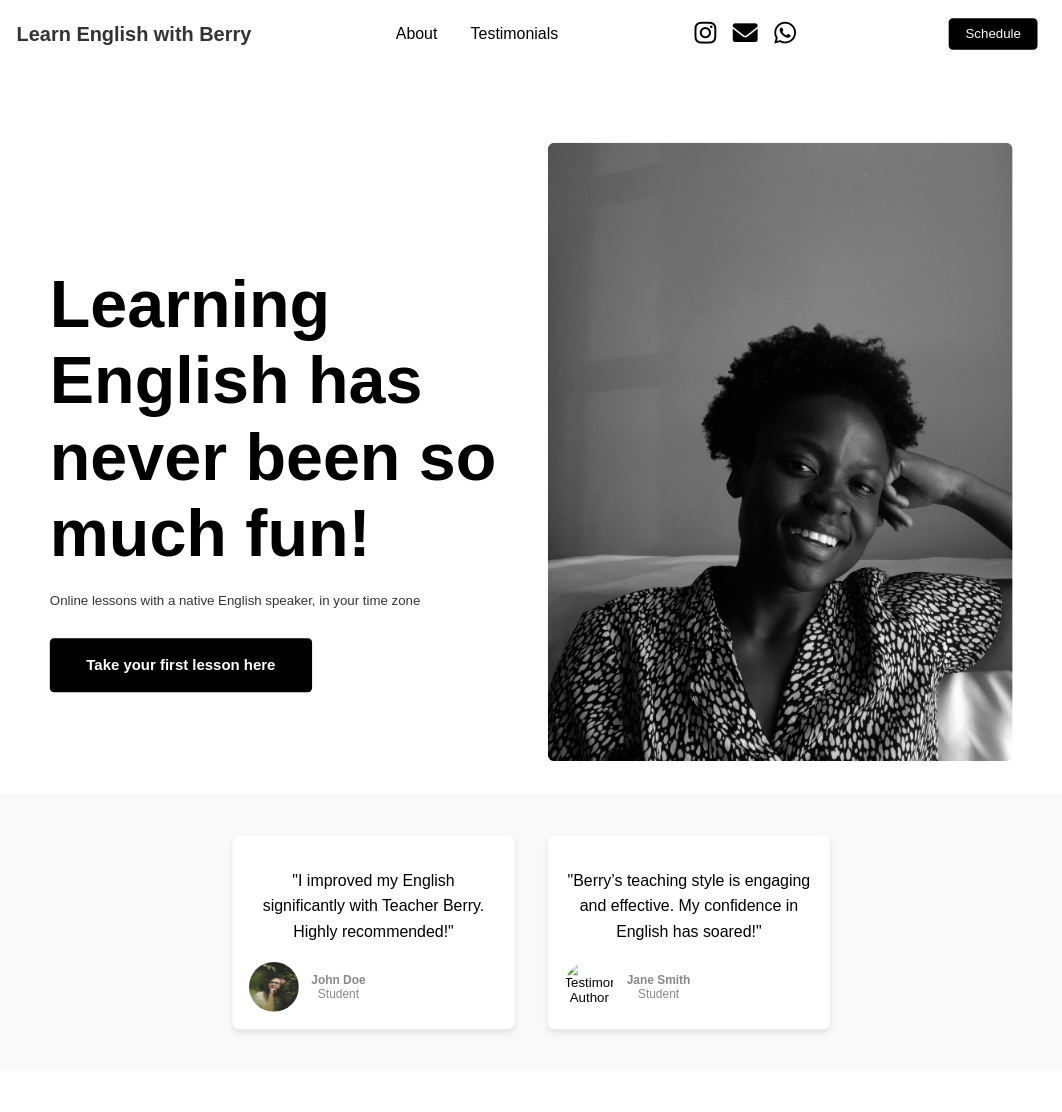
Repository: ntandomagana/esl-landing-page
Page: index.html
These files come from the project's save history. The page is drawn as it stood at one moment and after the next save; the edit follows.
The browser window is 1280 px wide. The pictures show the whole page, at 83% of full size.

Above is the page before, as saved 2024-07-17 13:51:10.
Not found: assets/testimonial-avatar.jpg

After the next save:
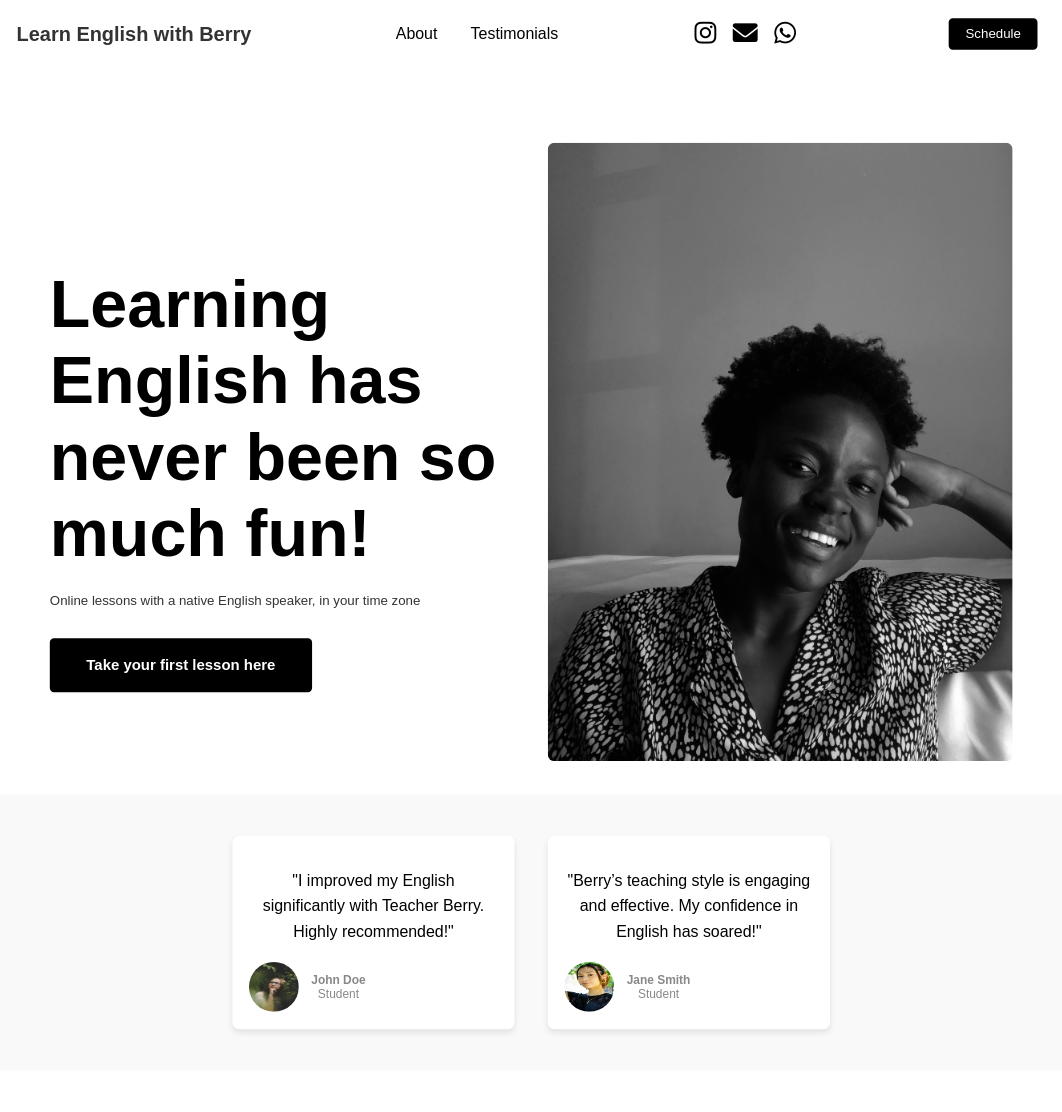
Saved 15 s later.
--- a/index.html
+++ b/index.html
@@ -62,7 +62,7 @@
                 <p>"Berry’s teaching style is engaging and effective. My confidence in English has soared!"</p>
             </div>
             <div class="testimonial-author">
-                <img src="./assets/testimonial-avatar.jpg" alt="Testimonial Author">
+                <img src="./assets/second.jpg" alt="Testimonial Author">
                 <p><strong>Jane Smith</strong><br>Student</p>
             </div>
         </div>
